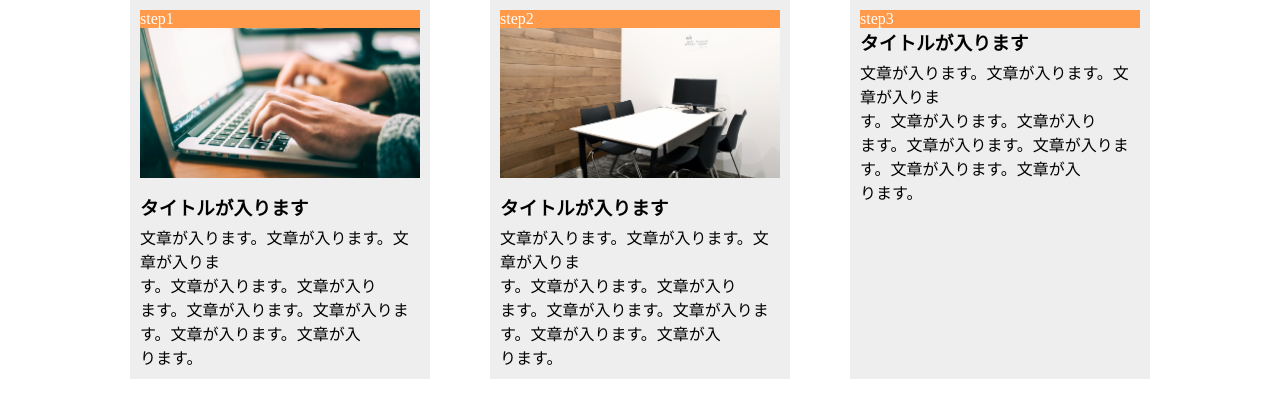
Repository: ryosei-110/HTML-CSS-
Page: 1-9exercise/1-9-2.html
The author's editor kept a record of every edit. The page is drawn from the files as they stood at one moment, then again after the next edit.
The browser window is 1280 px wide. The pictures show the whole page.

Above is the page before.

After the next edit:
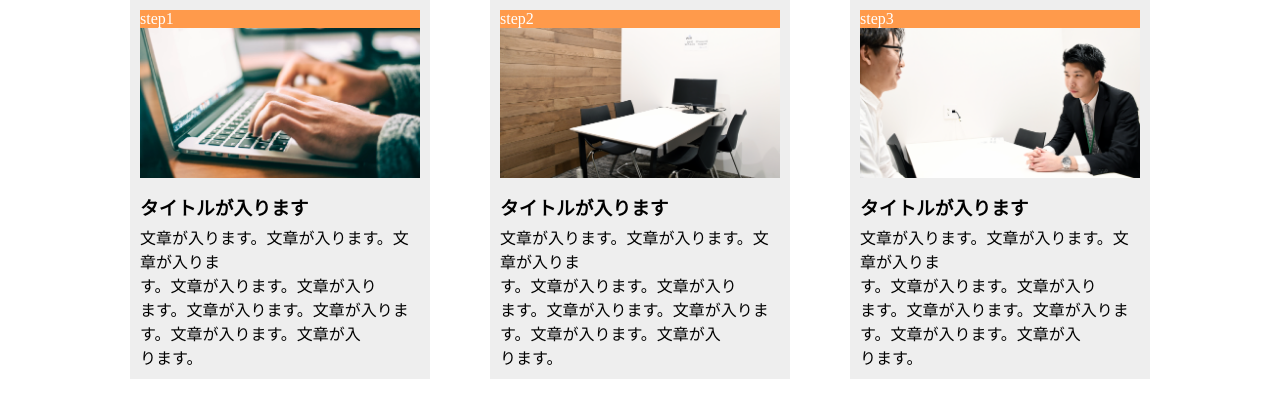
The edit:
--- a/1-9exercise/1-9-2.css
+++ b/1-9exercise/1-9-2.css
@@ -51,8 +51,8 @@
   background-position: bottom center;
 }
 
-.image1 {
-  background-image: url(img/flow01.png);
+.image3{
+  background-image: url(img/flow03.png);
   margin-bottom: 15px;
   width: 280px;
   height: 150px;
